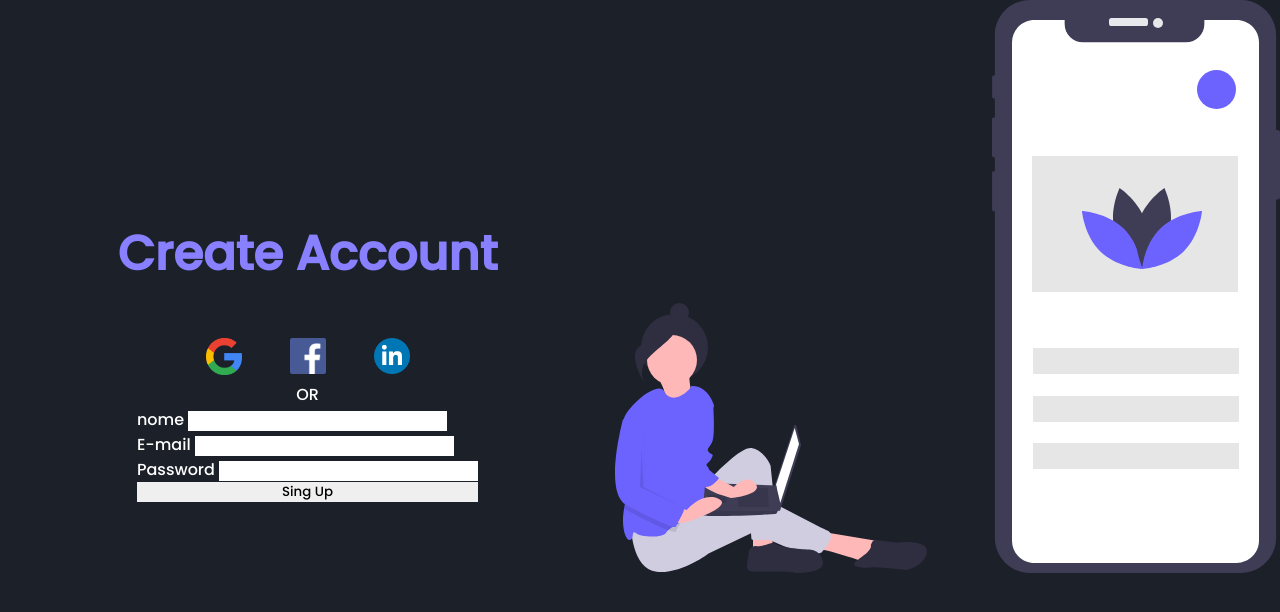
Repository: daniel-victorr/Cadastro
Page: login.html
These files come from the project's save history. The page is drawn as it stood at one moment and after the next save; the edit follows.
The browser window is 1280 px wide. The pictures show the whole page.

Above is the page before, as saved 2022-02-17 16:23:18.

### login.html
<!DOCTYPE html>
<html lang="en">
<head>
    <meta charset="UTF-8">
    <meta http-equiv="X-UA-Compatible" content="IE=edge">
    <meta name="viewport" content="width=device-width, initial-scale=1.0">
    <link rel="stylesheet" href="Cadastro.css">
    <title>Cadastro</title>
</head>
<body>
    <main>
        <h1> Create Account</h1>
          <div class="Social-midia">
             <a href="#">
                <img src="Fotos/google.png" alt="Google">
             </a>
             <a href="#">
                <img src="Fotos/facebook.png" alt="Facebook">
             </a>
             <a href="#">
                <img src="Fotos/linkedin.png"alt="linkedin">
             </a>
          </div>
          <div class="Alternativa">
              <span>OR</span>
          </div>
          <form action="">
              <label for="nome">
                 <span>nome</span>
                 <input type="text" id="nome" name="nome">
              </label>

              <label for="Email">
                  <span>E-mail</span>
                  <input type="text" id="Email" name="Email">
              </label>

              <label for="password">
                  <span>Password</span>
                  <input type="Password" id="Password" name="Password">
              </label>
              <input type="submit" value="Sing Up">

          </form>
    </main>
    <section clas="images">
        <img src="Fotos/mobile.svg" alt="Mobile">
        <div class="circle"></div>
    </section>

</body>
</html>

### Cadastro.css
@import url('https://fonts.googleapis.com/css2?family=Poppins:ital,wght@0,500;1,200&family=Titillium+Web:wght@200&display=swap');

*{
    margin:0;
    padding: 0;
    border: 0;
    box-sizing: border-box;
    font-family: "Poppins",sans-serif;
}

body{
    background: #1B2029;
    color: white;
    font-weight: 500;
    display: flex;
    min-height: 100vh;

}

main{
    width: 50vw;
    display: flex;
    flex-direction: column;
    align-items: center;
    justify-content: center;
}

main h1{
    color:#8880FE;
    font-size: 3rem;
    margin-bottom: 3rem;
}

main .Social-midia{
    display: flex;
    align-content: center;
}

main .Social-midia a{
    text-decoration: none;
}

main .Social-midia img{
    width: 36px;
    margin-left: 3rem;
}

main .Social-midia a:first-child img{
    margin-left: 0;
}

main form{
    display:flex;
    flex-direction: column;
    align-i;
}

After the next save:
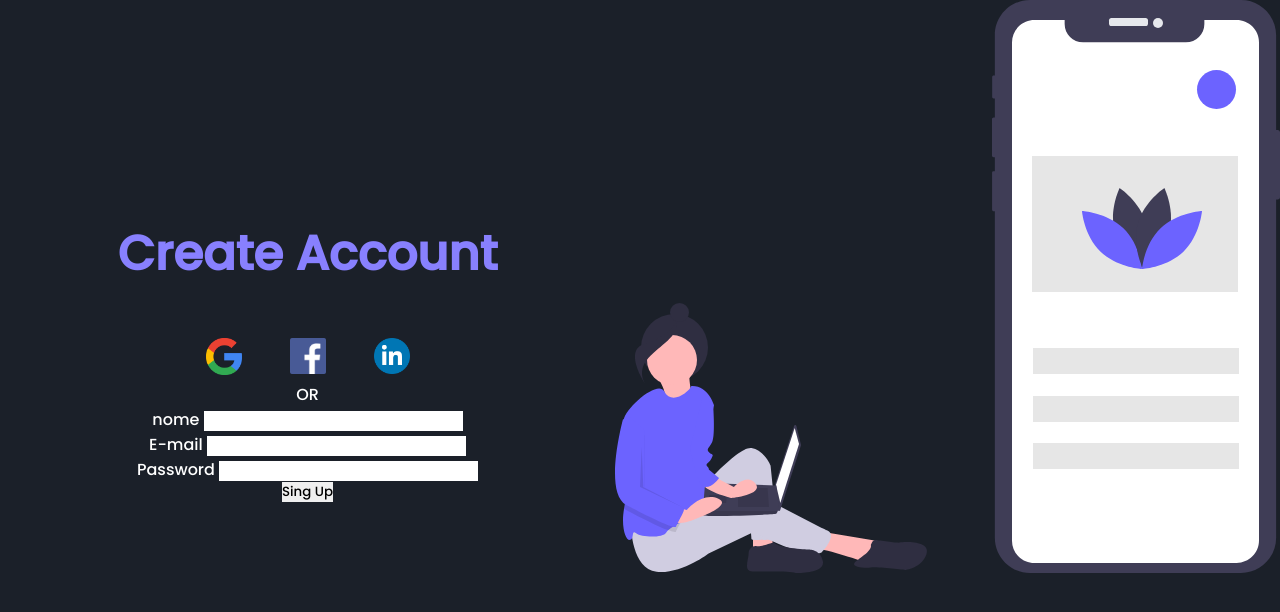
Saved 4 s later.
--- a/Cadastro.css
+++ b/Cadastro.css
@@ -52,5 +52,5 @@ main .Social-midia a:first-child img{
 main form{
     display:flex;
     flex-direction: column;
-    align-i;
+    align-items: center;
 }
